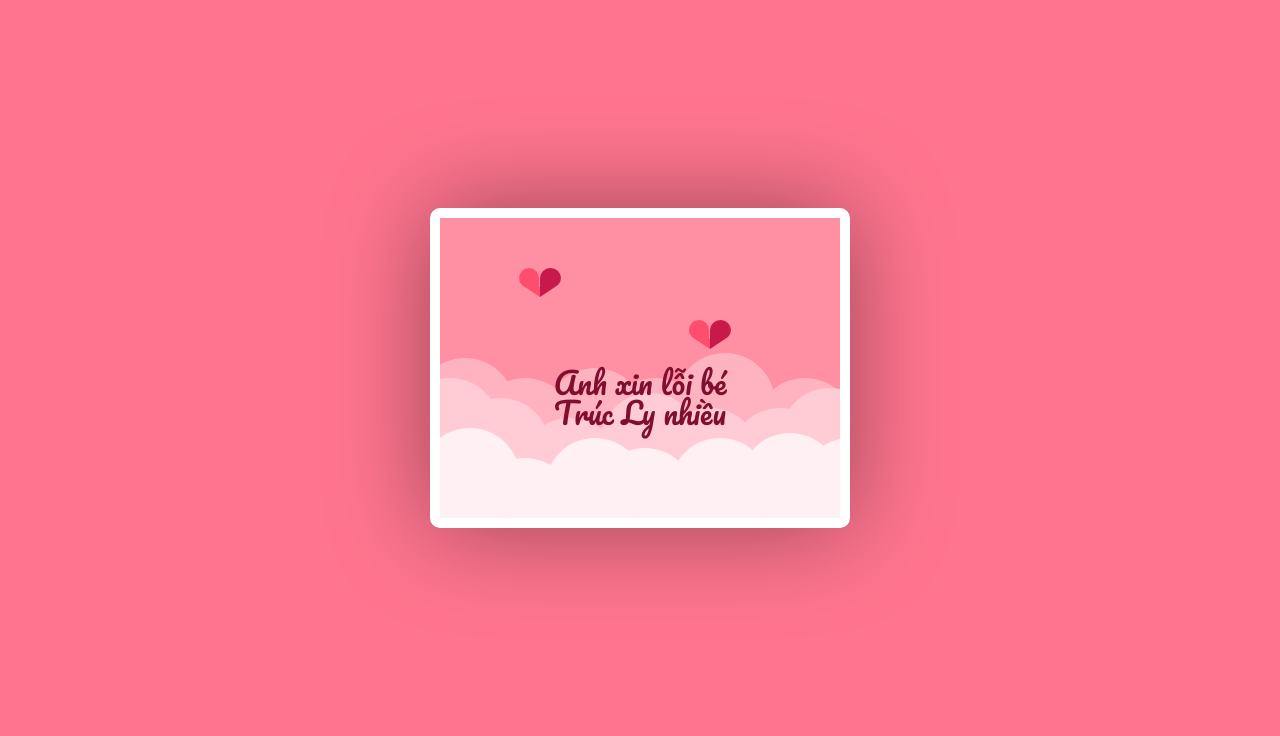
Repository: namtrung123456789/trannamtrung
Page: style.html
An editor plug-in stored every save of this project. The page is shown before and after the next save, followed by the edit.
The browser window is 1280 px wide. The pictures show the whole page.

Above is the page before, as saved 2024-07-28 20:19:58.

After the next save:
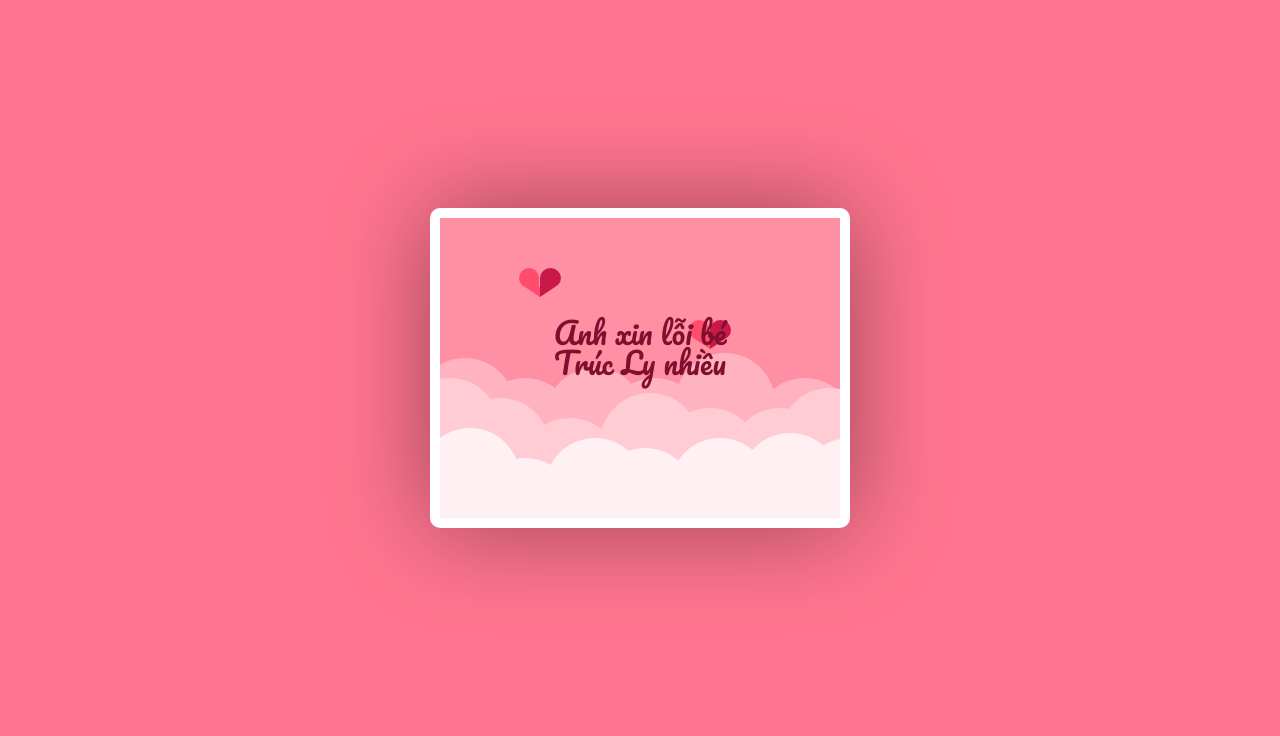
Saved 11 s later.
--- a/main.css
+++ b/main.css
@@ -168,7 +168,7 @@ body {
   width:380px;
   left:10px;
   z-index:3;
-  top:350px;
+  top:300px;
   animation: up 1s ease forwards;
   transition: .2s;
 }
